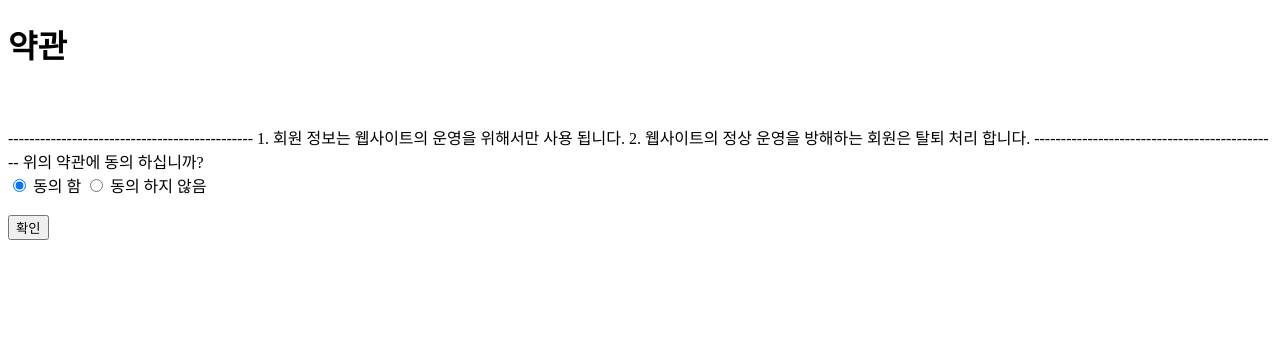
Repository: HyeogDo/Study_Java
Page: http://localhost/Quiz_03/userInsert_02.jsp
The author's editor kept a copy of each file at every save. The page is drawn from the files as they stood at one save, then again after the next save.
The browser window is 1280 px wide. The pictures show the whole page.
The page is served by Tomcat 9.

Above is the page before, as saved 2022-03-18 05:27:27.

### Servlets/Quiz_03/src/main/webapp/userInsert_02.jsp
<%@ page language="java" contentType="text/html; charset=UTF-8"
    pageEncoding="UTF-8"%>
<!DOCTYPE html>
<html>
	<head>
		<meta charset="UTF-8">
		<title>Insert title here</title>
	</head>
	<body>
<%
	request.setCharacterEncoding("UTF-8");
	String userId = request.getParameter("userId");
	String userPwd = request.getParameter("userPwd");
	String userName = request.getParameter("userName");

	session.setAttribute("USERID", userId);
	session.setAttribute("USERPWD", userPwd);
	session.setAttribute("USERNAME", userName);
%>
		<h1><b>약관</b></h1><br>
		<br>
		----------------------------------------------
		1. 회원 정보는 웹사이트의 운영을 위해서만 사용 됩니다.
		2. 웹사이트의 정상 운영을 방해하는 회원은 탈퇴 처리 합니다.
		----------------------------------------------
		위의 약관에 동의 하십니까?
		<br>
		<form action="userInsert_03.jsp">
			<input type="radio" name="agreement" value="agree" checked="checked"> 동의 함
			<input type="radio" name="agreement" value="disagree"> 동의 하지 않음 <br>
			<br>
			<input type="submit" value="확인">
		</form>

	</body>
</html>

After the next save:
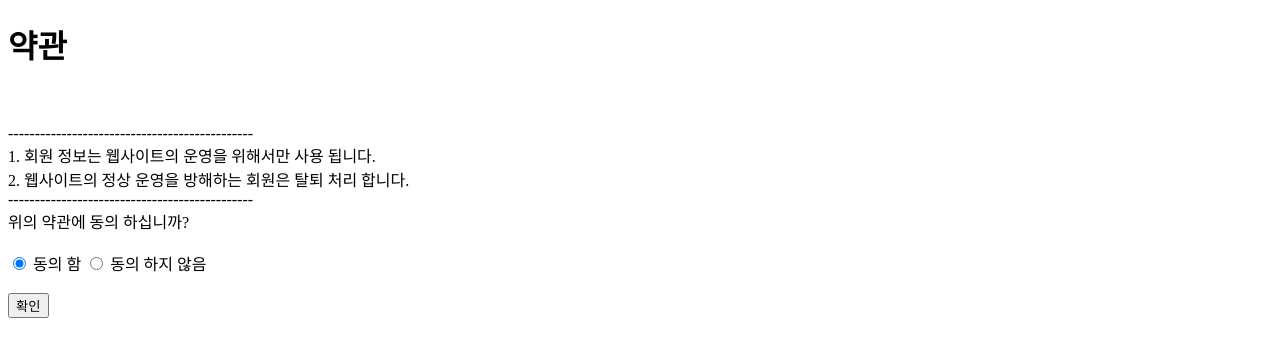
Saved 46 s later.
--- a/Servlets/Quiz_03/src/main/webapp/userInsert_02.jsp
+++ b/Servlets/Quiz_03/src/main/webapp/userInsert_02.jsp
@@ -19,11 +19,11 @@
 %>
 		<h1><b>약관</b></h1><br>
 		<br>
-		----------------------------------------------
-		1. 회원 정보는 웹사이트의 운영을 위해서만 사용 됩니다.
-		2. 웹사이트의 정상 운영을 방해하는 회원은 탈퇴 처리 합니다.
-		----------------------------------------------
-		위의 약관에 동의 하십니까?
+		----------------------------------------------<br>
+		1. 회원 정보는 웹사이트의 운영을 위해서만 사용 됩니다.<br>
+		2. 웹사이트의 정상 운영을 방해하는 회원은 탈퇴 처리 합니다.<br>
+		----------------------------------------------<br>
+		위의 약관에 동의 하십니까?<br>
 		<br>
 		<form action="userInsert_03.jsp">
 			<input type="radio" name="agreement" value="agree" checked="checked"> 동의 함
